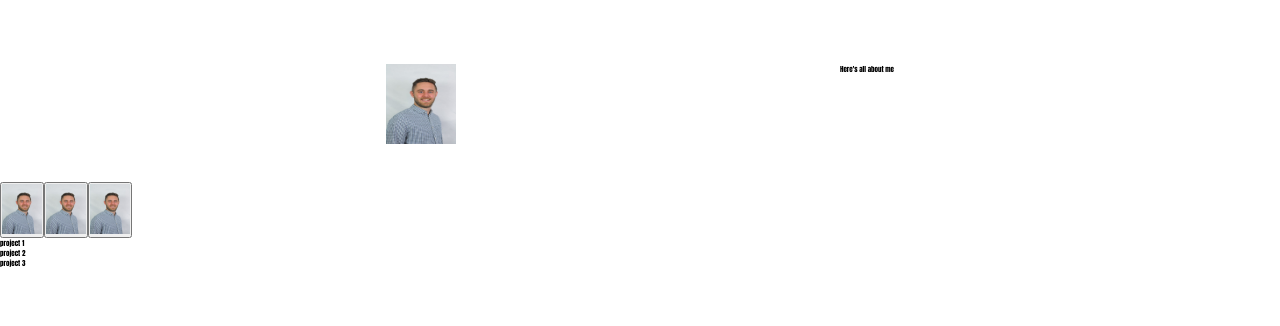
Repository: Kobramall/portfolio-project
Page: /portfolio
An editor plug-in stored every save of this project. The page is shown before and after the next save, followed by the edit.
The browser window is 1280 px wide. The pictures show the whole page.
The project was rebuilt for these pictures with package versions that can differ from the ones it lists, and the page was loaded fresh each time. Also part of the build but not shown: src/App.css, src/componets/Main.jsx. Imported but missing from the stored project, and not drawn on this page: src/assets/Landscape.mov.

Above is the page before, as saved 2022-11-01 15:21:34.

After the next save:
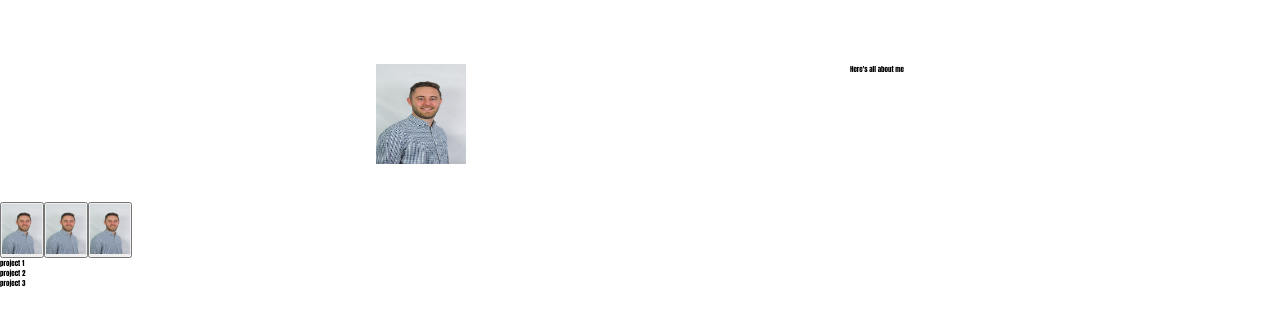
Saved 14 s later.
--- a/src/componets/Portfolio.jsx
+++ b/src/componets/Portfolio.jsx
@@ -7,7 +7,7 @@ const Portfolio = () =>{
     return(
         <div className='portfolio'>
             <div className='intro'>
-               <img src={Img} alt="Profile Picture" width="70" height="80"/>
+               <img src={Img} alt="Profile Picture" width="90" height="100"/>
                <p>Here's all about me</p>
             </div>
             <div className='projectLinks'>
